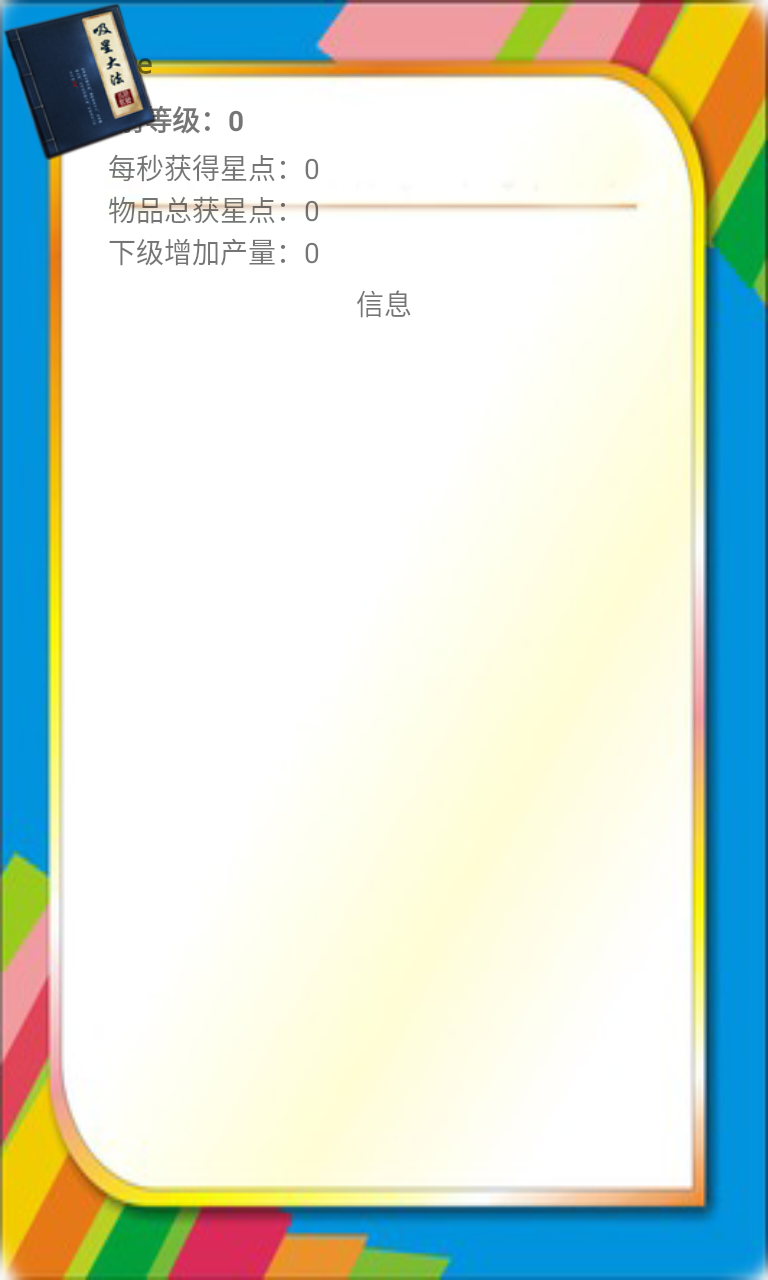
Repository: xianyun2014/StarPoint
Layout: game/res/layout/build_info_view.xml
An editor plug-in stored every save of this project. The layout is shown before and after the next save, followed by the edit.
It is drawn on a 768 x 1280 px phone screen (xhdpi) without system bars, with theme AppTheme; the app's code is not run.

Above is the layout before, as saved 2014-11-17 15:35:47.

After the next save:
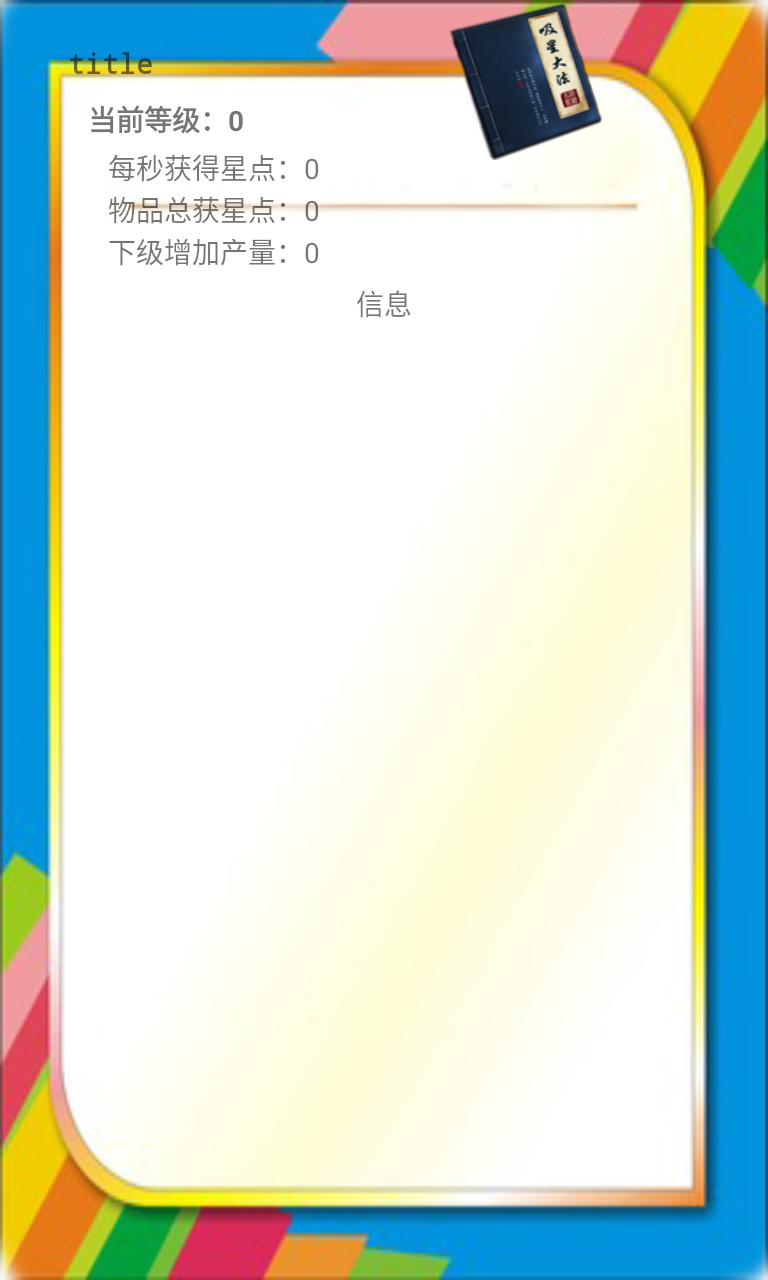
Saved 77 s later.
--- a/game/res/layout/build_info_view.xml
+++ b/game/res/layout/build_info_view.xml
@@ -135,7 +135,9 @@
         android1:id="@+id/imageView2"
         android1:layout_width="80dp"
         android1:layout_height="80dp"
-        android1:layout_marginRight="10dp"
+        android1:layout_alignParentRight="true"
+        android1:layout_alignParentTop="true"
+        android1:layout_marginRight="81dp"
         android1:scaleType="fitXY"
         android1:src="@drawable/jz_xzdf" />
 
